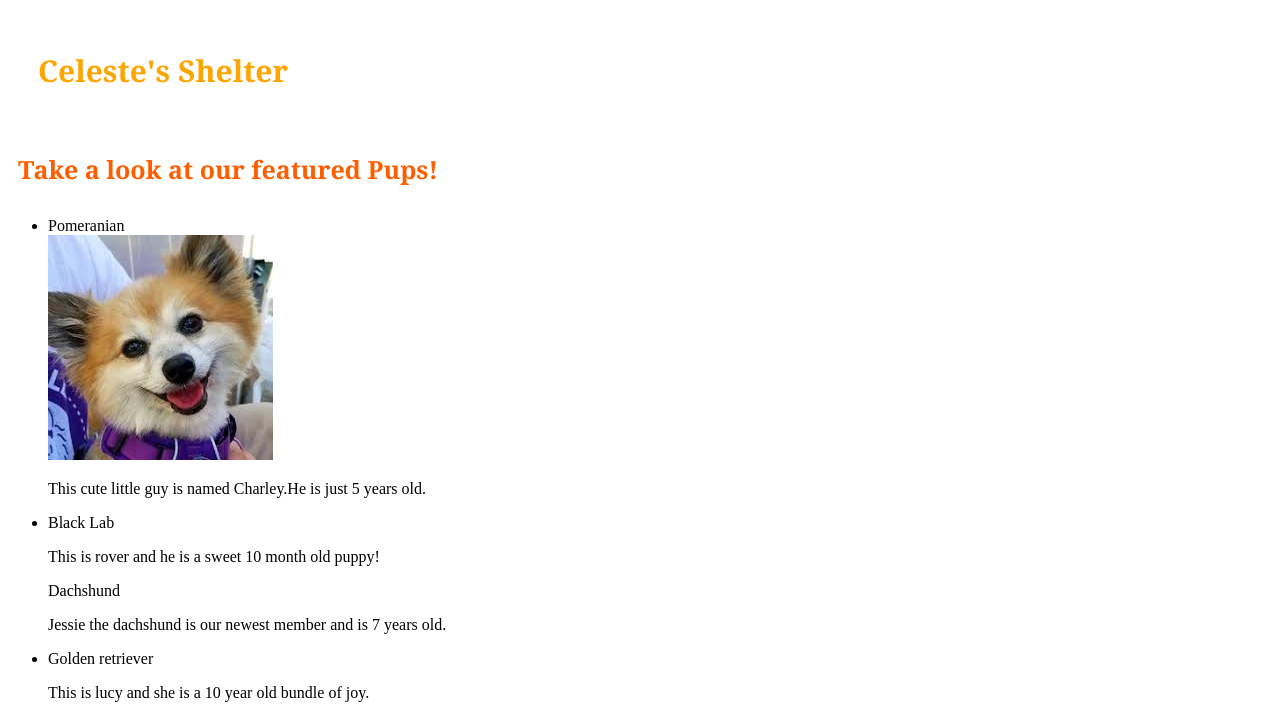
Repository: fieldceleste/animal-shelter
Page: animal-shelter.html
An editor plug-in stored every save of this project. The page is shown before and after the next save, followed by the edit.
The browser window is 1280 px wide. The pictures show the whole page.

Above is the page before, as saved 2019-10-29 21:39:46.

### animal-shelter.html
<!DOCTYPE html>
  <html>
   <head>
  <link href="css/styles.css" rel="stylesheet" type="text/css">
  <title>Celeste's Animal Shelter</title>
</head>
<body>
    <h1>Celeste's Shelter</h1>
<h2>Take a look at our featured Pups!</h2>
<ul>
<li>Pomeranian</li>
<a> <img src="img/pom.jpeg" alt="picture of Pomeranian" /></a>
<p>This cute little guy is named Charley.He is just 5 years old. </p>
<p>
<li>Black Lab</li>
<p>This is rover and he is a sweet 10 month old puppy!</p>
<lil>Dachshund</lil>
<p>Jessie the dachshund is our newest member and is 7 years old.</p>
<li>Golden retriever</li>
<p>This is lucy and she is a 10 year old bundle of joy.</p>

</ul>


</body>






</html>

### css/styles.css
title{



}
h1{
    font-family: Georgia, 'Times New Roman', Times, serif;
    font-size: 30px;
    color: orange;
    padding: 30px;
    text-align;: center;
}
h2{
    font-family: Georgia, 'Times New Roman', Times, serif;
    font-size: 25px;
    color: rgb(255, 94, 0);
    padding: 10px;
    text-align;: center;
}

.ul a{

}

.ul {

}

After the next save:
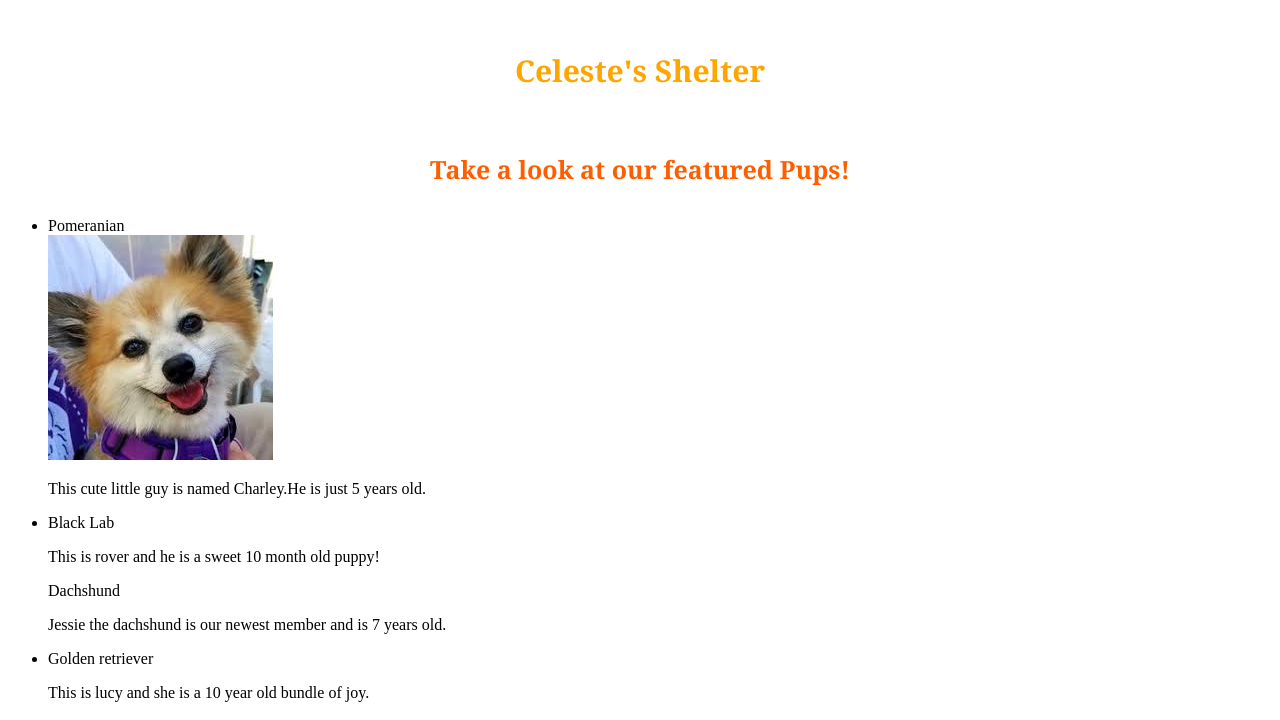
Saved 17 s later.
--- a/css/styles.css
+++ b/css/styles.css
@@ -8,14 +8,14 @@ h1{
     font-size: 30px;
     color: orange;
     padding: 30px;
-    text-align;: center;
+    text-align: center;
 }
 h2{
     font-family: Georgia, 'Times New Roman', Times, serif;
     font-size: 25px;
     color: rgb(255, 94, 0);
     padding: 10px;
-    text-align;: center;
+    text-align: center;
 }
 
 .ul a{
